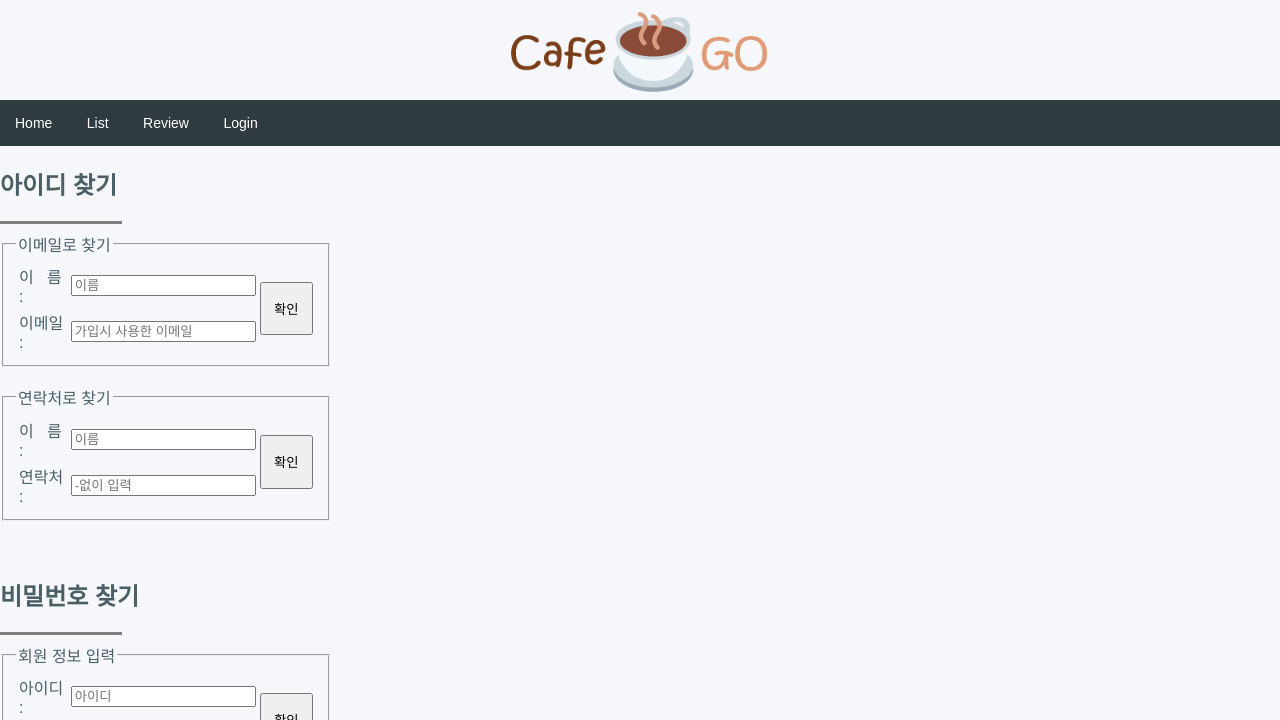
Repository: JuYeong0413/Web-Programming
Page: http://localhost/CafeGo/find.jsp
These files come from the project's save history. The page is drawn as it stood at one moment and after the next save; the edit follows.
The browser window is 1280 px wide. The pictures show the whole page.
The page is served by Tomcat 9. Other server files are loaded and not shown.

Above is the page before, as saved 2018-12-22 12:13:28.

### Project/CafeGo/WebContent/find.jsp
<%@ page language="java" contentType="text/html; charset=utf-8" pageEncoding="utf-8"%>
<%@ include file="nav.jsp" %>
<!DOCTYPE html>
<html>
<head>
<meta charset="utf-8">
<title>Insert title here</title>
</head>
<body>
  <h2>아이디 찾기</h2>
  <hr noshade align="left" width="120" size="3">
  <form>
    <fieldset style="width: 300px">
      <legend>이메일로 찾기</legend>
        <table border="0">
          <tr>
            <td>이 &nbsp; 름 : </td>
            <td><input type="text" placeholder="이름" name="name" id="name" value=''></td>
            <td rowspan="2" width="45"><input type="submit" value="확인" style="width: 40pt; height: 40pt"></td>
          </tr>
          <tr>
            <td>이메일 : </td>
            <td><input type="text" placeholder="가입시 사용한 이메일" name="email" id="email" value=''></td>
          </tr>
        </table>
      </fieldset>
    </form>
    <br>
    <form>
      <fieldset style="width: 300px">
        <legend>연락처로 찾기</legend>
          <table border="0">
            <tr>
              <td>이 &nbsp; 름 : </td>
              <td><input type="text" placeholder="이름" name="name" id="name" value=''></td>
              <td rowspan="2" width="45"><input type="submit" value="확인" style="width: 40pt; height: 40pt"></td>
            </tr>
            <tr>
              <td>연락처 : </td>
              <td><input type="text" placeholder="-없이 입력" name="tel" id="tel" value=''/></td>
            </tr>
          </table>
        </fieldset>
      </form>
<br><br>

<div>
<h2>비밀번호 찾기</h2>
<hr noshade align="left" width="120" size="3">
  <form>
    <fieldset style="width: 300px">
      <legend>회원 정보 입력</legend>
        <table border="0">
          <tr>
            <td>아이디 : </td>
            <td><input type="text" placeholder="아이디" name="id" id="id" value=''></td>
            <td rowspan="2" width="45"><input type="submit" value="확인" style="width: 40pt; height: 40pt"></td>
          </tr>
          <tr>
            <td>이메일 : </td>
            <td><input type="text" placeholder="가입시 사용한 이메일" name="email" id="email" value=''></td>
          </tr>
        </table>
      </fieldset>
    </form>
</body>
</html>

### Project/CafeGo/WebContent/nav.jsp
<%@ page language="java" contentType="text/html; charset=utf-8" pageEncoding="utf-8"%>
<!DOCTYPE html>
<html lang="ko">
<head>
<meta charset="utf-8">
<title>Insert title here</title>
<link rel="stylesheet" href="reponsiveNavigation.css" />
</head>
<body>
<div>
<center>
<a href="main.jsp"><img src = "image/logo.png" width="264px" height="88px" align="center"></a>
</center>
</div>
<div class="nav_wrapper">
  <nav class="menu">
    <ul>
      <li><a href="main.jsp">Home</a>
        <ul>
          <li><a href="main.jsp">홈페이지 소개</a></li>
          <li><a href="main.jsp">오늘의 카페 추천</a></li>
          </li>
        </ul>
      </li>
      <li><a href="#Link">List</a>
        <ul>
          <li><a href="#Link">카페 목록</a></li>
          <li><a href="#Link">카페 분류 »</a>
          <ul>
              <li><a href="#Link">별점</a></li>
              <li><a href="#link">지역</a></li>
              <li><a href="#Link">테마</a></li>
            </ul>
          </li>
        </ul>
      </li>
      <li><a href="review.jsp">Review</a>
        <ul>
          <li><a href="review.jsp">방문 후기 목록</a></li>
          <li><a href="#Link">방문 후기 작성</a></li>
          <li><a href="#Link">방문 후기 수정</a></li>
          <li><a href="#Link">방문 후기 삭제</a></li>
          </ul>
      </li>
  		<%
  		String log = (String)session.getAttribute("login");

  		if(log!=null&&log.equals("yes")){
  		// 로그인 상태인 경우 보여지는 메뉴
      %>
      <li><a href="myPage.jsp">MyPage</a>
        <ul>
          <li><a href="myPage.jsp">MyPage</a></li>
          <li><a href="logout.jsp">로그아웃</a></li>
        </ul>
      </li>
      <% }
  		else if((String)session.getAttribute("id")==null){
    	  // 로그아웃 상태인 경우 보여지는 메뉴
    	  %>
    	  <li><a href="#Link">Login</a>
        <ul>
          <li><a href="login.jsp">로그인</a></li>
          <li><a href="find.jsp">아이디/비밀번호 찾기</a></li>
          <li><a href="signup.jsp">회원가입</a></li>
        </ul>
      </li>
    	  <%} %>
     </ul>
  </nav>
</body>
</html>

### Project/CafeGo/WebContent/reponsiveNavigation.css
html {
  font-family: sans-serif;
  color: #4b5f65;
  background: #f5f7fa;
}

body { overflow-x:hidden}

nav { width: 100%; }

.nav_wrapper {
  position: fixed;
  left: 0;
  top: 100px;
  width: 100%;
  <!--menu background => default : black-->
  background: #2f3b3f;
}

.menu {
  width: 100%;
  height: auto;
  background: #2f3b3f;
}

.menu ul {
  padding: 0px;
  margin: 0px;
  list-style: none;
  position: relative;
  display: inline-block;
}

.menu > li > ul.sub_menu {
  min-width: 10em;
  padding: 4px 0;
  background-color: #f4f4f4;
  border: 1px solid #fff;
}

.menu ul li { padding: 0px; }

.menu > ul > li { display: inline-block; }

.menu ul li a {
  display: block;
  text-decoration: none;
  color: #fff;
  font-size: 14px;
}

.menu ul li a:hover {
  background: #efa666;
  color: #fff;
  transition: all .5s ease-out;
}

.menu ul li.hover > a {
  background: #efa666;
  color: #fff;
}

.menu ul li > a { padding: 15px; }

.menu ul ul {
  display: none;
  position: absolute;
  top: 100%;
  min-width: 160px;
  background: #39484d;
}

.menu ul li:hover > ul { display: block;}

.menu ul ul > li { position: relative; }

.menu ul ul > li a {
  padding: 10px 15px;
  height: auto;
  background: #39484d;
}

.menu ul ul > li a:hover {
  background: #efa666;
  color: #fff;
}

.menu ul ul ul {
  position: absolute;
  left: 100%;
  top: 0;
}
.slide {
	width:100%;
}

After the next save:
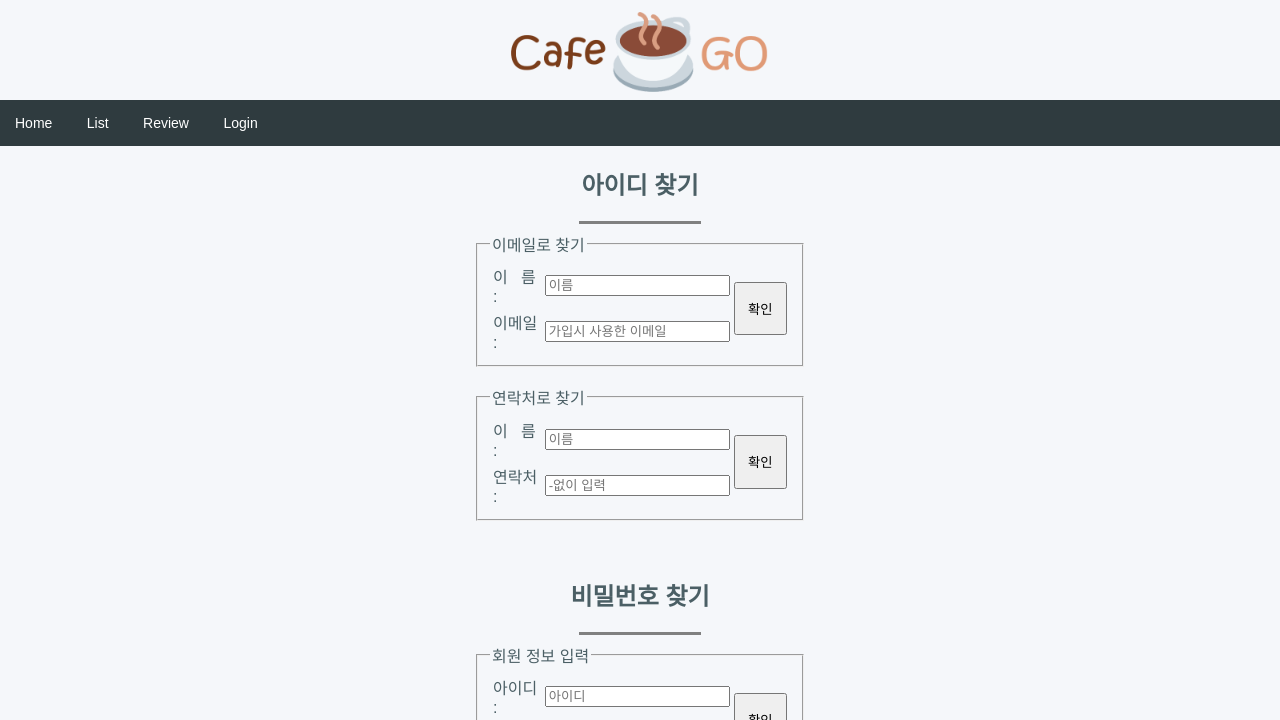
Saved 35 s later.
--- a/Project/CafeGo/WebContent/find.jsp
+++ b/Project/CafeGo/WebContent/find.jsp
@@ -7,8 +7,9 @@
 <title>Insert title here</title>
 </head>
 <body>
+<center>
   <h2>아이디 찾기</h2>
-  <hr noshade align="left" width="120" size="3">
+  <hr noshade width="120" size="3">
   <form>
     <fieldset style="width: 300px">
       <legend>이메일로 찾기</legend>
@@ -46,7 +47,7 @@
 
 <div>
 <h2>비밀번호 찾기</h2>
-<hr noshade align="left" width="120" size="3">
+<hr noshade width="120" size="3">
   <form>
     <fieldset style="width: 300px">
       <legend>회원 정보 입력</legend>
@@ -63,5 +64,6 @@
         </table>
       </fieldset>
     </form>
+</center>
 </body>
 </html>
